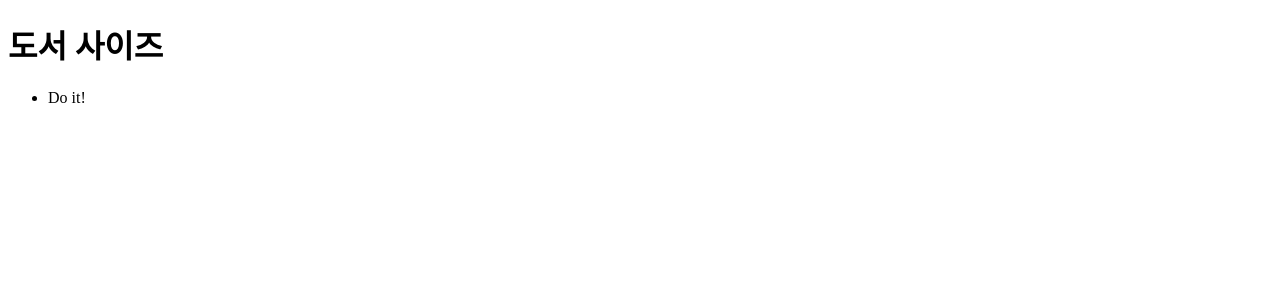
Repository: topyoungil/CodeMemories-ByJake
Page: HTML_CSS/WebContent/test/etc/list-2.html
These files come from the project's save history. The page is drawn as it stood at one moment and after the next save; the edit follows.
The browser window is 1280 px wide. The pictures show the whole page.

Above is the page before, as saved 2022-09-27 13:16:14.

After the next save:
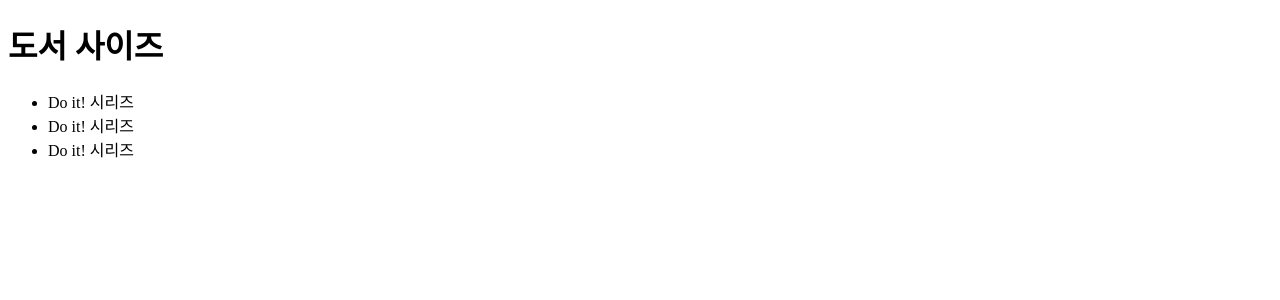
Saved 6 s later.
--- a/HTML_CSS/WebContent/test/etc/list-2.html
+++ b/HTML_CSS/WebContent/test/etc/list-2.html
@@ -7,7 +7,9 @@
 <body>
 	<h1>도서 사이즈</h1>
 	<ul>
-		<li>Do it! </li>
+		<li>Do it! 시리즈</li>
+		<li>Do it! 시리즈</li>
+		<li>Do it! 시리즈</li>
 	</ul>
 
 
